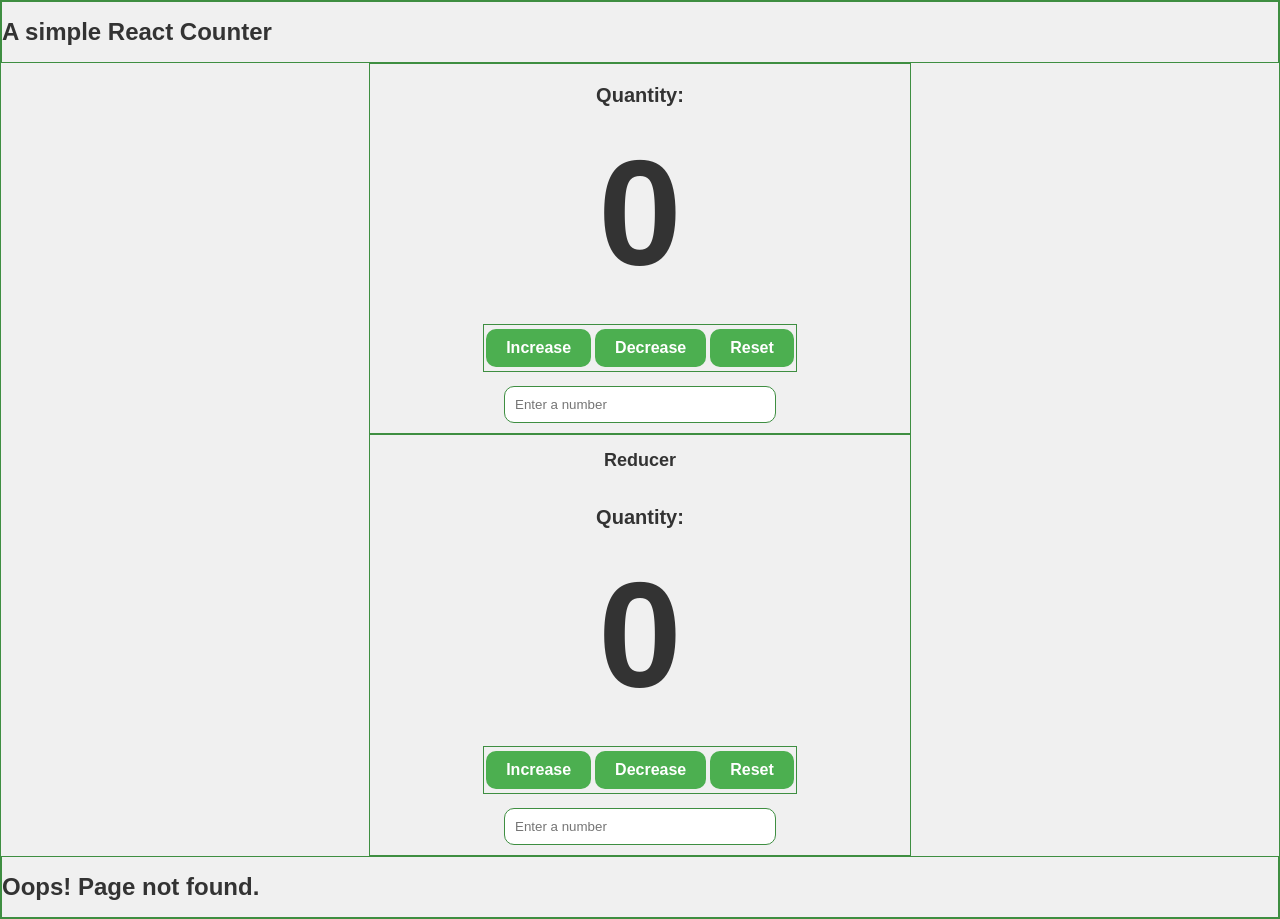
Repository: qudos4real/altschool-second-sem
Page: /
An editor plug-in stored every save of this project. The page is shown before and after the next save, followed by the edit.
The browser window is 1280 px wide. The pictures show the whole page.
The project was rebuilt for these pictures with package versions that can differ from the ones it lists, and the page was loaded fresh each time. Also part of the build but not shown: src/App.css, src/Components/ErrorBoundary.js.

Above is the page before, as saved 2022-11-04 15:23:40.

### src/App.js
import React from 'react';
import Counter from './Components/Counter';
import './App.css';
import Reducer from './Components/Reducer';
import Home from './Components/Home';
import NotFound from './Components/NotFound';
import ErrorBoundary from './Components/ErrorBoundary';
import { BrowserRouter as Router, Route, Routes, Link } from 'react-router-dom';



function App() {
  return (
    <>
    <Home />
    <Counter />
    <Reducer />
    <NotFound />
    <ErrorBoundary />

    </>

    // <Router>
    //   <ErrorBoundary >
    //   <nav>
    //     <Link to="/">Home</Link>
    //     <Link to="counter">Counter</Link>
    //     <Link to="reducer">Reducer</Link>
    //     <Link to="ErrorBoundary">ErrorBoundary</Link>
    //     </nav>
    //   <Routes>
    //     <Route path="/" element={<Home />} />
    //     <Route path="/counter" element={<Counter />} />
    //     <Route path="/reducer" element={<Reducer />} />
    //     <Route path="ErrorBoundary" element={<ErrorBoundary />} />
    //     <Route path="*" element={<NotFound />} />
    //   </Routes>
    //   </ErrorBoundary>
    // </Router>
  )
}

export default App

### src/Components/Counter.js
import React from "react";
import { useCounter } from "../hooks/useCounter";
import "../CSS/Counter.css";

function Counter() {
  const quantity = useCounter(0);
  return (
    <div className="container">
      <h3 className="label ">Quantity: </h3>
      <h3 className="value ">{quantity.count} </h3>
      <br />
      <div className="smaller-container">
        <button className="btn " onClick={quantity.increment}>
          Increase
        </button>
        <button className="btn " onClick={quantity.decrement}>
          Decrease
        </button>
        <button className="btn " onClick={quantity.reset}>
          Reset
        </button>
      </div>
      <br />
      <input placeholder="Enter a number" className="input "
        type="number"
        onChange={(e) => quantity.setValue(e.target.value)}
      />
    </div>
  );
}

export default Counter;

### src/Components/Reducer.js
import React from "react";
import { useReducer } from "react";
import { reducer } from "../hooks/reducer.1";
import "../CSS/Counter.css"

function Reducer() {
  const [state, dispatch] = useReducer(reducer, { count: 0 });
  return (
    <div className="container">
      <h2>Reducer</h2>

      <h3 className="label "> Quantity: </h3>
      <h3 className="value ">{state.count}</h3>
      <br />
      <div>
      <button className="btn " onClick={() => dispatch({ type: "increment" })}>Increase</button>
      <button className="btn " onClick={() => dispatch({ type: "decrement" })}>Decrease</button>
      <button className="btn " onClick={() => dispatch({ type: "reset" })}>Reset</button>
      </div>
      <br />
      <input
        type="number" placeholder="Enter a number" className="input "
        onMouseLeave={(e) => dispatch({ type: "setValue", value: e.target.value })}
      />
    </div>
  );
}

export default Reducer;

### src/Components/Home.js
import React from "react";
import { Outlet } from "react-router-dom";

function Home() {
  return (
    <div>
      <h1>A simple React Counter</h1>
        <Outlet />

    </div>
  );
}

export default Home;

### src/Components/NotFound.js
import React from 'react'

const NotFound = () => {
    return (
        <div>
            <h1>
            Oops! Page not found.
            </h1>
        </div>
    )
}

export default NotFound

### src/hooks/useCounter.js
import { useState } from "react";

export const useCounter = (initialValue) => {
    const [count, setCount] = useState(initialValue);
    const increment = () => {
        setCount(count + 1);
    };
    const decrement = () => {
        count > 0 && setCount(count - 1);
    };
    const reset = () => {
        setCount(initialValue);
    };
    const setValue = (value) => {
        setCount(value);
    };
    return { count, increment, decrement, reset, setValue };
};

### src/CSS/Counter.css
body {
    background-color: #f0f0f0;
    font-family: Arial, Helvetica, sans-serif;
    font-size: 12px;
    color: #333;
    margin: 0;
    padding: 0;
    box-sizing: border-box;
}
.container{
    width: 50%;
    max-width: 500px;
    margin: 0 auto;
    padding: 0 20px;
    display: flex;
    justify-content: center;
    align-items: center;
    flex-direction: column;

}
.btn {
    background-color: #4CAF50;
    border: none;
    color: white;
    padding: 10px 20px;
    text-align: center;
    text-decoration: none;
    display: inline-block;
    font-size: 16px;
    margin: 4px 2px;
    cursor: pointer;
    border-radius: 10px;
    font-weight: bold;
}
.btn:hover {
    background-color: #3e8e41;
}
.input{
    width: 50%;
    max-width: 500px;
    padding: 10px;
    border: 1px solid #3e8e41;
    border-radius: 10px;
    margin-bottom: 10px;
}
.label{
    font-size: 20px;
    font-weight: bold;
    margin-bottom: 10px;

}
.value{
    font-size: 150px;
    font-weight: bold;
    margin-bottom: 10px;
    margin-top: 10px;

    }
    div{
       border: 1px solid #3e8e41;
    }

### src/hooks/reducer.1.js
export function reducer(state, action) {
    switch (action.type) {
        case "increment":
            return { count: state.count + 1 };
        case "decrement":
            return { count: state.count - 1 };
        case "reset":
            return { count: 0 };
        case "setValue":
            return { count: action.value };
        default:
            return state;
    }
}

Loaded but not shown: public/index.html (common file); src/index.js (common file); src/index.css (common file); src/reportWebVitals.js (common file)

After the next save:
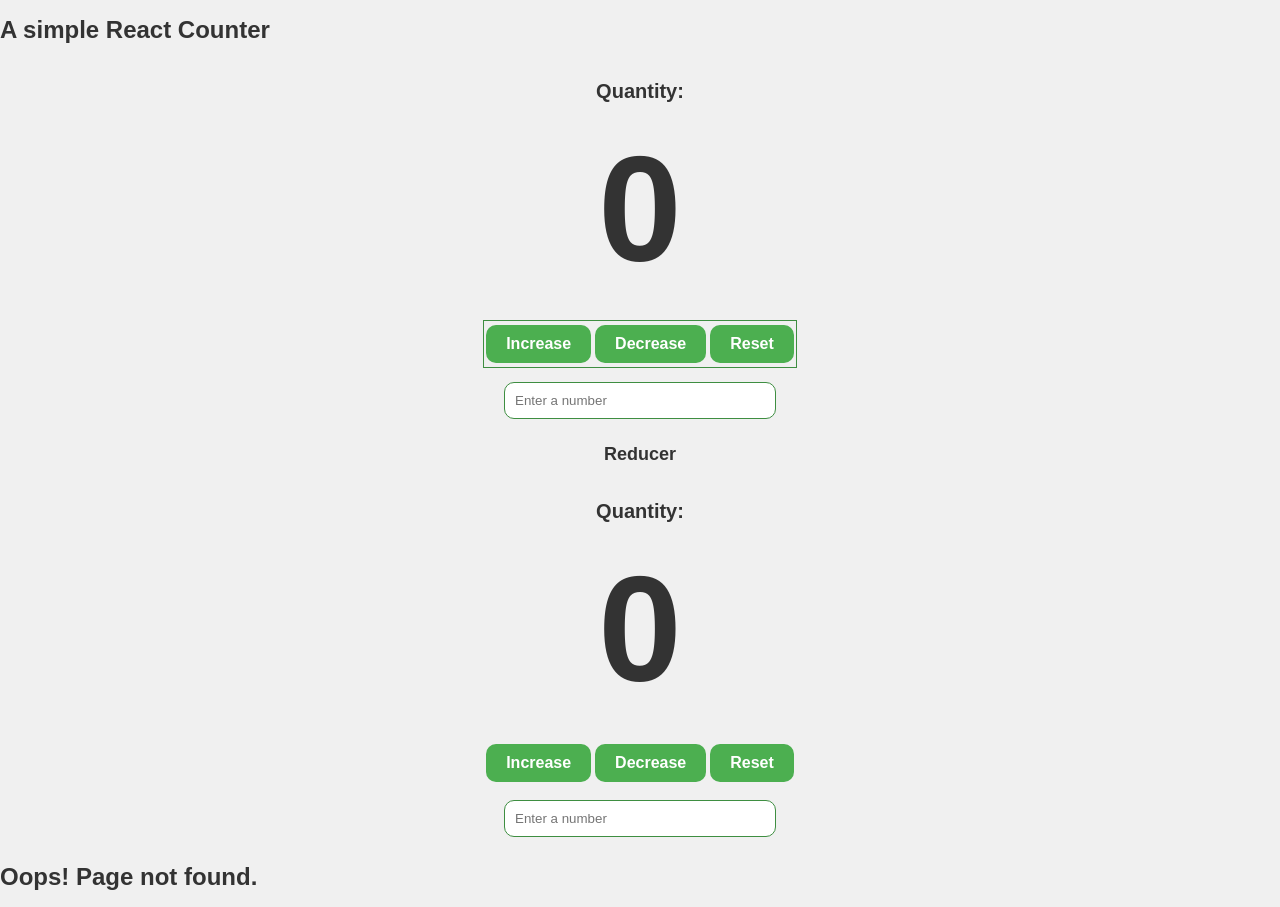
Saved 5 s later.
--- a/src/CSS/Counter.css
+++ b/src/CSS/Counter.css
@@ -56,6 +56,6 @@ body {
     margin-top: 10px;
 
     }
-    div{
+    .smaller-container{
        border: 1px solid #3e8e41;
     }
